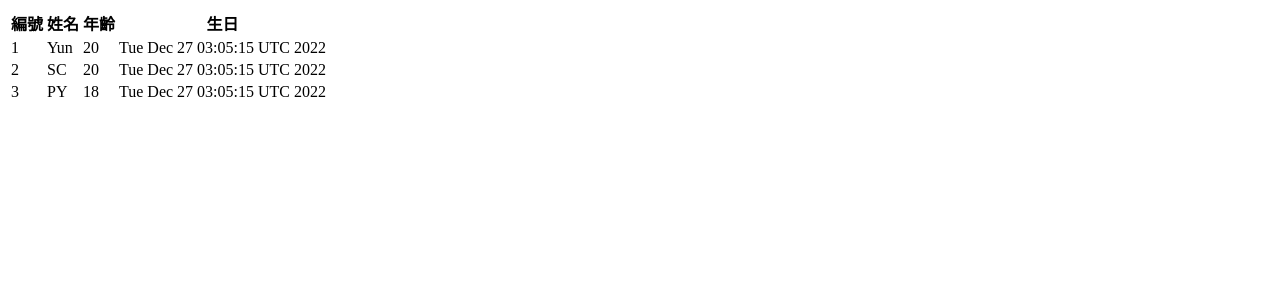
Repository: sc1314520/oce-test
Page: http://localhost/EE/jsp/basic/jstl_test.jsp
The author's editor kept a copy of each file at every save. The page is drawn from the files as they stood at one save, then again after the next save.
The browser window is 1280 px wide. The pictures show the whole page.
The page is served by Tomcat 9. Nobody is signed in. The application's start-up code is not run. Other server files are loaded and not shown.

Above is the page before, as saved 2022-12-29 10:43:07.

### EE/src/main/webapp/jsp/basic/jstl_test.jsp
<%@page import="java.util.Date"%>
<%@page import="java.util.ArrayList"%>
<%@page import="java.util.List"%>
<%@page import="el.User"%>
<%@ page language="java" contentType="text/html; charset=UTF-8"
    pageEncoding="UTF-8"%>
<%@ taglib prefix="c" uri="http://java.sun.com/jsp/jstl/core" %>
<!DOCTYPE html>
<html>
<head>
<meta charset="UTF-8">
<title>Insert title here</title>
</head>
<body>
	<%
		List<User> list =new ArrayList<>();
		list.add(new User("Yun",20,new Date()));
		list.add(new User("SC",20,new Date()));
		list.add(new User("PY",18,new Date()));
		request.setAttribute("list", list);
	%>
	<table>
		<tr>
			<th>編號</th>
			<th>姓名</th>
			<th>年齡</th>
			<th>生日</th>
		</tr>
		<c:forEach items="${list}" var="user" varStatus="s">
			<tr>
				<td>${s.count}</td>
				<td>${user.name}</td>
				<td>${user.age}</td>
				<td>${user.birthday}</td>
			</tr>
		</c:forEach>

	</table>
</body>
</html>

### EE/src/main/java/el/User.java
package el;

import java.text.SimpleDateFormat;
import java.util.Date;

public class User {
	private String name;
	private int age;
	private Date birthday;

	public User() {

	}

	public User(String name, int age, Date birthday) {

		this.name = name;
		this.age = age;
		this.birthday = birthday;
	}

	public String getBirStr() {
		// 格式化日期
		if(birthday!=null) {
			SimpleDateFormat sdf =new SimpleDateFormat("yyyy-MM-dd HH:mm:ss");
			return sdf.format(birthday);
		}
		return "";

	}

	public String getName() {
		return name;
	}
	public void setName(String name) {
		this.name = name;
	}
	public int getAge() {
		return age;
	}
	public void setAge(int age) {
		this.age = age;
	}
	public Date getBirthday() {
		return birthday;
	}
	public void setBirthday(Date birthday) {
		this.birthday = birthday;
	}
}

After the next save:
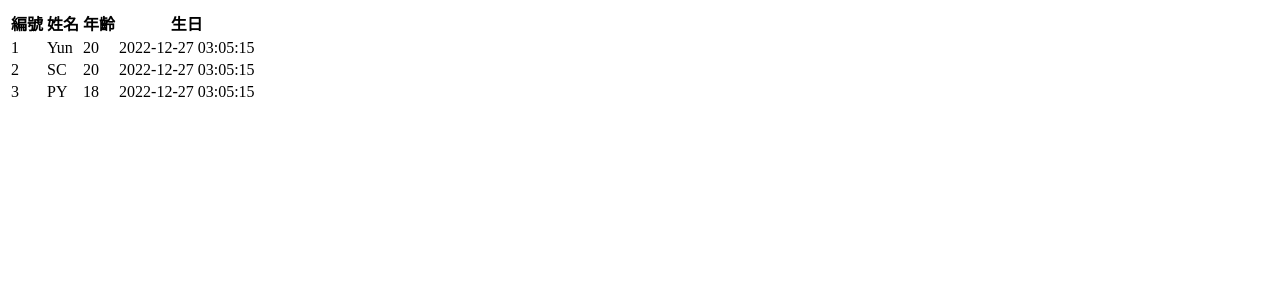
Saved 13 s later.
--- a/EE/src/main/webapp/jsp/basic/jstl_test.jsp
+++ b/EE/src/main/webapp/jsp/basic/jstl_test.jsp
@@ -31,7 +31,7 @@
 				<td>${s.count}</td>
 				<td>${user.name}</td>
 				<td>${user.age}</td>
-				<td>${user.birthday}</td>
+				<td>${user.birStr}</td>
 			</tr>
 		</c:forEach>
 
